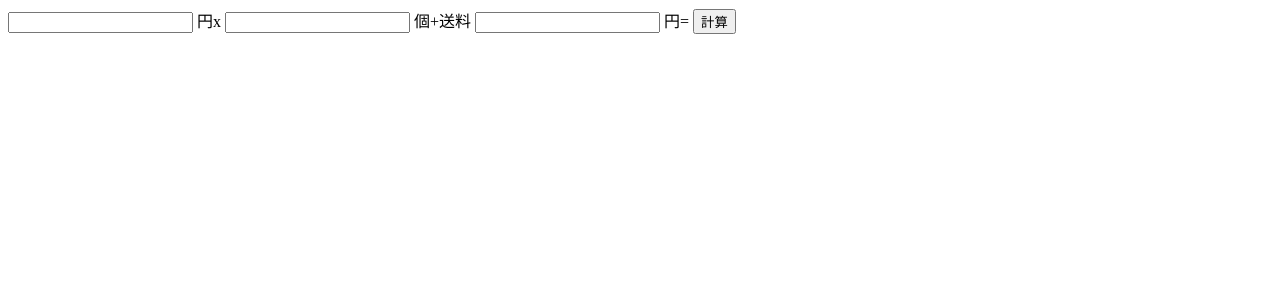
Repository: omochi2213/test
Page: http://localhost/HelloJSP/
The author's editor kept a copy of each file at every save. The page is drawn from the files as they stood at one save, then again after the next save.
The browser window is 1280 px wide. The pictures show the whole page.
The page is served by Tomcat 9.

Above is the page before, as saved 2018-08-23 05:16:04.

### HelloJSP/WebContent/index.jsp
<%@ page language="java" contentType="text/html; charset=UTF-8"
    pageEncoding="UTF-8"%>
<!DOCTYPE html>
<html>
	<head>
	<meta charset="UTF-8">
	<title>TEST</title>
</head>
<body>
	<form method="post"action="total-out.jsp">
	<input type="text"name="price">
	円x
	<input type="text"name="count">
	個+送料
	<input type="text"name="delivery">
	円=
	<input type="submit"value="計算">
	</form>

</body>
</html>

After the next save:
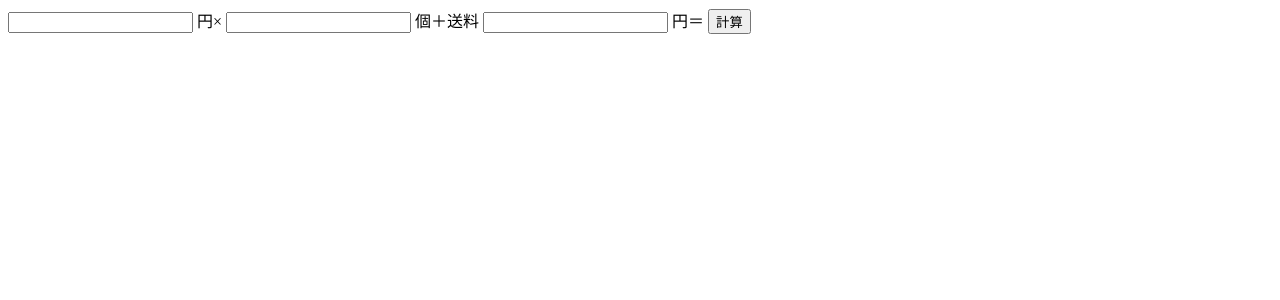
Saved 46 s later.
--- a/HelloJSP/WebContent/index.jsp
+++ b/HelloJSP/WebContent/index.jsp
@@ -9,11 +9,11 @@
 <body>
 	<form method="post"action="total-out.jsp">
 	<input type="text"name="price">
-	円x
+	円×
 	<input type="text"name="count">
-	個+送料
+	個＋送料
 	<input type="text"name="delivery">
-	円=
+	円＝
 	<input type="submit"value="計算">
 	</form>
 
